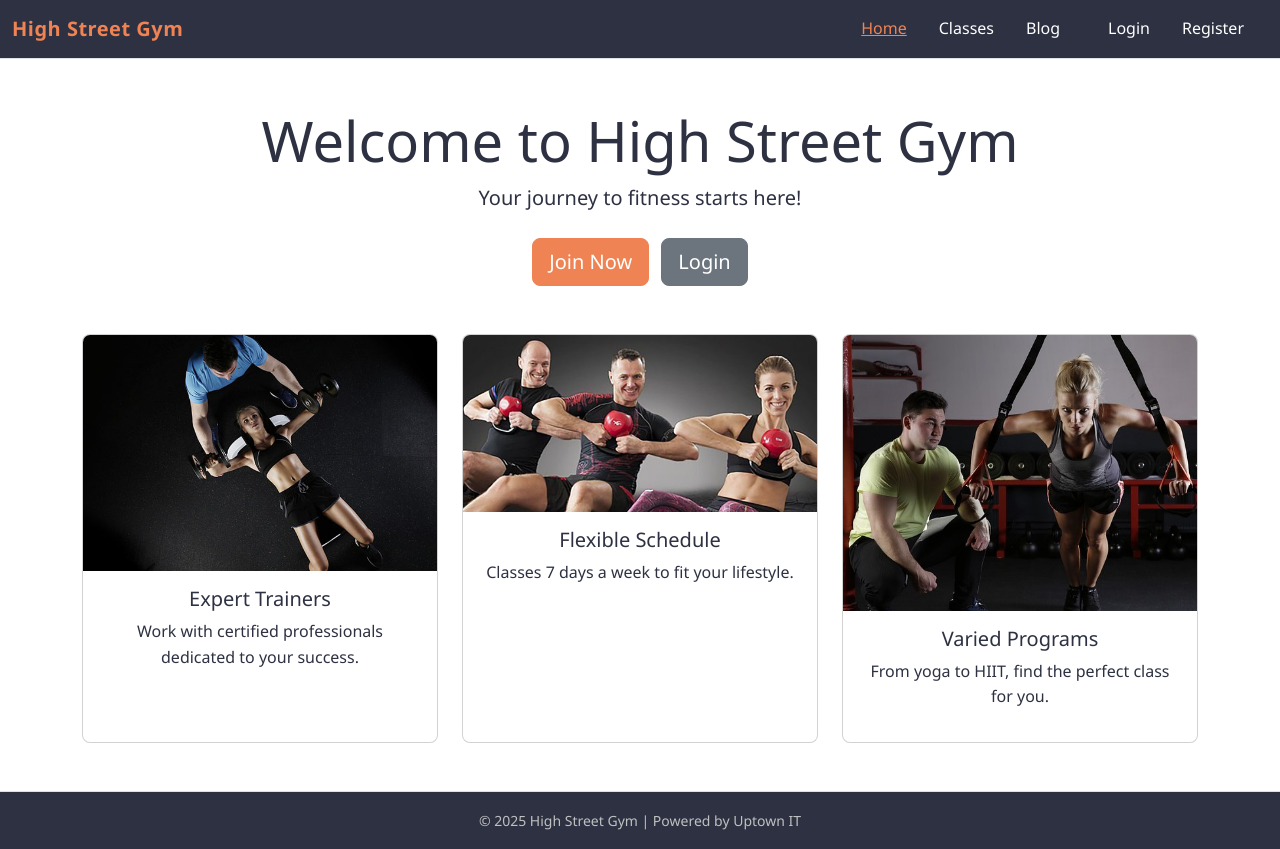
Repository: HBDSolutions/highstreetgym
Page: http://localhost/highstreetgym/controllers/content/home_controller.php
The author's editor kept a copy of each file at every save. The page is drawn from the files as they stood at one save, then again after the next save.
The browser window is 1280 px wide. The pictures show the whole page.
The page is run by PHP 8.4 with error messages shown; the project is at /var/www/html/. Other server files are loaded and not shown.

Above is the page before, as saved 2025-11-12 16:23:05.

### controllers/content/home_controller.php
<?php
// HOME CONTROLLER
// PURPOSE: Loads Home page and selects layout based on user role

// START SESSION
if (session_status() === PHP_SESSION_NONE) {
    session_start();
}

// READ AUTH STATE FROM SESSION (no DB calls here)
$isLoggedIn = !empty($_SESSION['user_id']);
$userType   = $isLoggedIn ? ($_SESSION['user_type'] ?? 'member') : 'guest';
$userName   = $isLoggedIn ? trim(($_SESSION['first_name'] ?? '').' '.($_SESSION['last_name'] ?? '')) : '';

// VIEW VARIABLES REQUIRED BY LAYOUT
$pageTitle   = 'Home';
$contentView = __DIR__ . '/../../views/content/home.php';

// VIEW DATA FOR home.php
$welcomeMessage   = $isLoggedIn && $userName !== '' ? "Welcome back, {$userName}" : 'Welcome to High Street Gym';
$showGuestButtons = !$isLoggedIn;
$showMemberButtons= $isLoggedIn && $userType === 'member';

// SELECT LAYOUT CONTROLLER (thin; they include base_layout.php themselves)
if ($userType === 'admin') {
    require __DIR__ . '/../layouts/admin_layout.php';
} elseif ($isLoggedIn) {
    require __DIR__ . '/../layouts/member_layout.php';
} else {
    require __DIR__ . '/../layouts/public_layout.php';
}

### controllers/layouts/public_layout.php
<?php
// PUBLIC LAYOUT CONTROLLER

// INCLUDE BASE LAYOUT
require_once __DIR__ . '/base_layout.php';

// MAP CONTROLLER VARS TO LAYOUT VIEW VARS
$title = isset($pageTitle) ? ($pageTitle . ' - High Street Gym') : 'High Street Gym';
if (!isset($contentView)) {
    $contentView = __DIR__ . '/../../views/content/home.php';
}

// VALIDATE INPUTS FOR BASE VIEW
validate_layout_requirements($title, $contentView);

// RENDER LAYOUT VIEW
require __DIR__ . '/../../views/layouts/public.php';

### controllers/layouts/base_layout.php
<?php
// BASE LAYOUT BOOTSTRAP

function init_base_layout(): array {
    if (session_status() === PHP_SESSION_NONE) {
        session_start();
    }

    // INCLUDE MODELS FOR LAYOUT STATE
    require_once __DIR__ . '/../../models/session.php';
    require_once __DIR__ . '/../../models/navigation.php';

    // CURRENT USER SNAPSHOT
    $currentUser = get_current_user_display();

    // ROLE FLAGS
    $isLoggedIn = (bool)($currentUser['is_logged_in'] ?? false);
    $isAdmin    = (($currentUser['user_type'] ?? 'guest') === 'admin');

    // NAV FLAGS
    $showMemberMenu = $isLoggedIn && !$isAdmin;
    $showAdminMenu  = $isAdmin;

    // BODY CLASS
    $bodyClass = $isAdmin ? 'admin-layout' : ($isLoggedIn ? 'member-layout' : 'public-layout');

    // CURRENT PATH
    $currentPath = parse_url($_SERVER['REQUEST_URI'] ?? '/', PHP_URL_PATH) ?? '/';

    return compact('currentUser','isLoggedIn','isAdmin','showMemberMenu','showAdminMenu','bodyClass','currentPath');
}

// VALIDATE REQUIRED VIEW VARIABLES
function validate_layout_requirements($pageTitle, $contentView): void {
    if (empty($pageTitle)) {
        die('Error: Content controller must define $pageTitle');
    }
    if (empty($contentView) || !file_exists($contentView)) {
        die('Error: Content controller must define valid $contentView');
    }
}

### views/layouts/public.php
<?php
// PUBLIC LAYOUT VIEW

$layoutClass = 'public-layout';
include __DIR__ . '/base.php';

### views/layouts/base.php
<?php
// BASE LAYOUT VIEW
require_once __DIR__ . '/../../models/session.php';
require_once __DIR__ . '/../../models/navigation.php';

// PAGE VARS (TITLE + CONTENT)
$title       = $title       ?? ($pageTitle ?? 'High Street Gym');
$contentView = $contentView ?? '';

// NAV VARS FOR PARTIAL
$navVars = get_navigation_data();
?>

<!DOCTYPE html>

<html lang="en">

<head>
  <meta charset="utf-8">
  <meta name="viewport" content="width=device-width, initial-scale=1">
  <title><?= htmlspecialchars($title) ?></title>
  <link href="https://cdn.jsdelivr.net/npm/bootstrap@5.3.0/dist/css/bootstrap.min.css" rel="stylesheet">
  <link rel="stylesheet" href="/highstreetgym/assets/css/style.css">
</head>

<body class="d-flex flex-column min-vh-100">
  <header>
    <?php include __DIR__ . '/../partials/nav.php'; ?>
  </header>

  <main class="flex-grow-1">
    <?php
      // CONTENT VIEW INCLUDE
      if ($contentView && file_exists($contentView)) {
        require $contentView;
      } else {
        echo '<div class="container my-5 text-danger">CONTENT MISSING</div>';
      }
    ?>
  </main>

  <?php include __DIR__ . '/../partials/footer.php'; ?>

  <script src="https://cdn.jsdelivr.net/npm/bootstrap@5.3.0/dist/js/bootstrap.bundle.min.js"></script>
</body>
</html>

### models/session.php
<?php

// SESSION MANAGEMENT FUNCTIONS

// CHECK IF USER IS LOGGED IN

function is_user_logged_in() {
    return isset($_SESSION['logged_in']) && $_SESSION['logged_in'] === true;
}

// GET USER DATA

function get_current_user_display() {
    if (!is_user_logged_in()) {
        return [
            'is_logged_in' => false,
            'user_name' => 'Guest',
            'user_type' => null,
            'user_email' => null,
            'user_id' => null
        ];
    }

    // DERIVE FULL NAME
    $firstName = $_SESSION['first_name'] ?? '';
    $lastName = $_SESSION['last_name'] ?? '';
    $fullName = trim($firstName . ' ' . $lastName);

    // FALLBACK TO USER IF NO NAME
    if (empty($fullName)) {
        $fullName = 'User';
    }

    return [
        'is_logged_in' => true,
        'user_name' => $fullName,
        'user_type' => $_SESSION['user_type'] ?? 'member',
        'user_email' => $_SESSION['user_email'] ?? '',
        'user_id' => $_SESSION['user_id'] ?? null
    ];
}

// CHECK USER PERMISSION

function user_has_permission($requiredType) {
    if (!is_user_logged_in()) {
        return false;
    }

    $userType = $_SESSION['user_type'] ?? 'member';

    // ADMINS HAVE ALL PERMISSIONS
    if ($userType === 'admin') {
        return true;
    }

    // CHECK SPECIFIC PERMISSION
    return $userType === $requiredType;
}

// REQUIRE LOGIN

function require_login($redirectAfterLogin = '') {
    if (!is_user_logged_in()) {
        $redirect = $redirectAfterLogin ?: $_SERVER['REQUEST_URI'];
        header('Location: controllers/auth/login_controller.php?msg=login_required&redirect=' . urlencode($redirect));
        exit;
    }
}

// REQUIRE SPECIFIC USER TYPE

function require_permission($requiredType) {
    require_login();

    if (!user_has_permission($requiredType)) {
        $_SESSION['error_message'] = 'You do not have permission to access this page.';
        header('Location: /highstreetgym/index.php');
        exit;
    }
}
?>

### models/navigation.php
<?php
// NAVIGATION MODEL
// PURPOSE: PROVIDES NAV STATE + ACTIVE-LINK HELPERS FOR VIEWS

// GET NAVIGATION DATA FOR VIEWS
function get_navigation_data(): array {
    if (session_status() === PHP_SESSION_NONE) {
        session_start();
    }

    // READ SESSION
    $isLoggedIn = !empty($_SESSION['logged_in']);
    $userType   = $isLoggedIn ? ($_SESSION['user_type'] ?? 'member') : 'guest';
    $userName   = $isLoggedIn
        ? trim(($_SESSION['first_name'] ?? '').' '.($_SESSION['last_name'] ?? ''))
        : 'Account';

    // FLAGS
    $isAdmin        = ($userType === 'admin');
    $showMemberMenu = $isLoggedIn;
    $showAdminMenu  = $isAdmin;

    // PATH FOR ACTIVE LINK
    $currentPath = parse_url($_SERVER['REQUEST_URI'] ?? '/', PHP_URL_PATH) ?: '/';

    // RETURN STRUCT
    return [
        'currentUser'    => ['user_name' => $userName, 'user_type' => $userType],
        'isLoggedIn'     => $isLoggedIn,
        'isAdmin'        => $isAdmin,
        'showMemberMenu' => $showMemberMenu,
        'showAdminMenu'  => $showAdminMenu,
        'currentPath'    => $currentPath,
    ];
}

// ACTIVE-LINK CHECK USING EXPLICIT PATH
function is_navigation_active(string $needle, string $currentPath): string {
    return str_ends_with($currentPath, $needle) ? 'active' : '';
}

// CANONICAL HELPER CALLED BY VIEWS/PARTIALS
if (!function_exists('nav_active')) {
    function nav_active(string $needle, ?string $currentPath = null): string {
        $path = $currentPath ?? (parse_url($_SERVER['REQUEST_URI'] ?? '/', PHP_URL_PATH) ?: '/');
        return (str_ends_with($path, $needle)) ? 'active' : '';
    }
}

### views/partials/nav.php
<?php
// NAV PARTIAL: USES VARS FROM LAYOUT SHELL ONLY

// INPUTS
$currentUser    = $navVars['currentUser']    ?? [];
$isLoggedIn     = (bool)($navVars['isLoggedIn']     ?? false);
$isAdmin        = (bool)($navVars['isAdmin']        ?? false);
$showMemberMenu = (bool)($navVars['showMemberMenu'] ?? false);
$showAdminMenu  = (bool)($navVars['showAdminMenu']  ?? false);
$currentPath    = $navVars['currentPath']    ?? '/';
$userName       = $currentUser['user_name']  ?? 'Account';

// ACTIVE-LINK HELPER
if (!function_exists('a')) {
    function a($needle){ return nav_active($needle); }
}
?>

<nav class="navbar navbar-expand-lg navbar-dark bg-dark border-bottom">
  <div class="container-fluid">
    <!-- BRAND (LEFT) -->
    <a class="navbar-brand" href="/highstreetgym/controllers/content/home_controller.php">High Street Gym</a>

    <button class="navbar-toggler" type="button" data-bs-toggle="collapse" data-bs-target="#mainNav"
            aria-controls="mainNav" aria-expanded="false" aria-label="Toggle navigation">
      <span class="navbar-toggler-icon"></span>
    </button>

    <div class="collapse navbar-collapse" id="mainNav">
      <div class="ms-auto d-flex align-items-center">
        <!-- MAIN LINKS -->
        <ul class="navbar-nav me-3 mb-2 mb-lg-0">
          <li class="nav-item">
            <a class="nav-link <?= a('home_controller.php') ?>"
               href="/highstreetgym/controllers/content/home_controller.php">Home</a>
          </li>
          <li class="nav-item">
            <a class="nav-link <?= a('classes_controller.php') ?>"
               href="/highstreetgym/controllers/content/classes_controller.php">Classes</a>
          </li>
          <li class="nav-item">
            <a class="nav-link <?= a('blog_controller.php') ?>"
               href="/highstreetgym/controllers/content/blog_controller.php">Blog</a>
          </li>

          <?php if ($showAdminMenu): ?>
          <li class="nav-item">
            <a class="nav-link <?= a('admin_controller.php') ?>"
               href="/highstreetgym/controllers/content/admin_controller.php">Admin</a>
          </li>
          <?php endif; ?>
        </ul>

        <!-- AUTH -->
        <ul class="navbar-nav">
          <?php if (!$showMemberMenu): ?>
            <li class="nav-item">
              <a class="nav-link <?= a('login_controller.php') ?>"
                 href="/highstreetgym/controllers/auth/login_controller.php">Login</a>
            </li>
            <li class="nav-item">
              <a class="nav-link <?= a('register_controller.php') ?>"
                 href="/highstreetgym/controllers/auth/register_controller.php">Register</a>
            </li>
          <?php else: ?>
            <li class="nav-item dropdown">
              <a class="nav-link dropdown-toggle" href="#" role="button" data-bs-toggle="dropdown" aria-expanded="false">
                <?= htmlspecialchars($userName) ?>
              </a>
              <ul class="dropdown-menu dropdown-menu-end">
                <li><a class="dropdown-item" href="/highstreetgym/controllers/content/bookings_controller.php">My Bookings</a></li>
                <?php if ($showAdminMenu): ?>
                  <li><a class="dropdown-item" href="/highstreetgym/controllers/content/admin_controller.php">Admin Home</a></li>
                <?php endif; ?>
                <li><hr class="dropdown-divider"></li>
                <li><a class="dropdown-item" href="/highstreetgym/controllers/auth/logout_controller.php">Logout</a></li>
              </ul>
            </li>
          <?php endif; ?>
        </ul>
      </div>
    </div>
  </div>
</nav>

### views/content/home.php
<!-- Home Content View -->
<section class="container my-5">

    <header class="text-center mb-5">
        <h1 class="display-4"><?= $welcomeMessage ?></h1>
        <p class="lead">Your journey to fitness starts here!</p>

        <?php if ($showGuestButtons): ?>
            <div class="mt-4">
                <a href="/highstreetgym/controllers/auth/register_controller.php" class="btn btn-primary btn-lg me-2">
                    Join Now
                </a>
                <a href="/highstreetgym/controllers/auth/login_controller.php" class="btn btn-secondary btn-lg">
                    Login
                </a>
            </div>
        <?php endif; ?>

        <?php if ($showMemberButtons): ?>
            <div class="mt-4">
                <a href="/highstreetgym/controllers/content/classes_controller.php" class="btn btn-primary btn-lg me-2">
                    Browse Classes
                </a>
                <a href="/highstreetgym/controllers/content/bookings_controller.php" class="btn btn-primary btn-lg">
                    My Bookings
                </a>
            </div>
        <?php endif; ?>
    </header>

    <section class="row g-4 mb-5">
        <article class="col-md-4">
            <div class="card h-100 text-center">
                <img src="/highstreetgym/assets/img/trainers.jpg" class="card-img-top" alt="Expert Trainers">
                <div class="card-body">
                    <h2 class="h5">Expert Trainers</h2>
                    <p>Work with certified professionals dedicated to your success.</p>
                </div>
            </div>
        </article>

        <article class="col-md-4">
            <div class="card h-100 text-center">
                <img src="/highstreetgym/assets/img/schedule.jpg" class="card-img-top" alt="Flexible Schedule">
                <div class="card-body">
                    <h2 class="h5">Flexible Schedule</h2>
                    <p>Classes 7 days a week to fit your lifestyle.</p>
                </div>
            </div>
        </article>

        <article class="col-md-4">
            <div class="card h-100 text-center">
                <img src="/highstreetgym/assets/img/programs.jpg" class="card-img-top" alt="Varied Programs">
                <div class="card-body">
                    <h2 class="h5">Varied Programs</h2>
                    <p>From yoga to HIIT, find the perfect class for you.</p>
                </div>
            </div>
        </article>
    </section>

</section>

### views/partials/footer.php
<?php
// FOOTER PARTIAL
?>
<footer class="mt-auto text-center text-muted py-3 border-top">
  <small>&copy; <?= date('Y') ?> High Street Gym | Powered by Uptown IT</small>
</footer>

### assets/css/style.css
/* === High Street Gym Custom Theme === */
:root {
  /* Base brand palette */
  --hsg-primary:   #EF8354;
  --hsg-secondary: #4F5D75;
  --hsg-muted:     #BFC0C0;
  --hsg-dark:      #2D3142;
  --hsg-light:     #FFFFFF;

  /* Bootstrap variable overrides */
  --bs-body-bg: var(--hsg-light);
  --bs-body-color: var(--hsg-dark);
  --bs-primary: var(--hsg-primary);
  --bs-secondary: var(--hsg-secondary);
  --bs-success: #2ECC71;
  --bs-danger:  #E74C3C;
  --bs-warning: #F1C40F;
  --bs-info:    #3498DB;
  --bs-border-radius: .5rem;
  --bs-font-sans-serif: "Segoe UI", Roboto, "Helvetica Neue", Arial, sans-serif;
}

/* === Global layout === */
body {
  background-color: var(--bs-body-bg);
  color: var(--bs-body-color);
  line-height: 1.6;
}

h1, h2, h3, h4 {
  font-weight: 600;
  color: var(--hsg-dark);
}

/* === Navbar === */
.navbar {
  background-color: var(--hsg-dark) !important;
}
.navbar .navbar-brand {
  color: var(--hsg-primary) !important;
  font-weight: 700;
  letter-spacing: .5px;
}
.navbar .nav-link {
  color: var(--hsg-light) !important;
  margin-right: 1rem;
  transition: color .2s ease-in-out;
}
.navbar .nav-link:hover,
.navbar .nav-link.active {
  color: var(--hsg-primary) !important;
  text-decoration: underline;
}

/* === Main container card === */
main.container {
  background: var(--hsg-light);
  padding: 2rem;
  border-radius: var(--bs-border-radius);
  box-shadow: 0 4px 12px rgba(0,0,0,0.08);
}

/* === Buttons === */
.btn-primary {
  background-color: var(--hsg-primary);
  border-color: var(--hsg-primary);
}
.btn-primary:hover {
  background-color: var(--hsg-secondary);
  border-color: var(--hsg-secondary);
}

/* TILE STYLES */
.tile {
  display: inline-block;
  width: 260px;
  height: 220px;
  margin: 1rem;
  background: var(--hsg-muted);
  color: var(--hsg-dark);
  border-radius: 0.5rem;
  text-align: center;
  vertical-align: top;
  transition: transform 0.2s ease;
}

.tile a {
  display: block;
  height: 100%;
  width: 100%;
  line-height: 220px;
  font-weight: 600;
  text-decoration: none;
  color: inherit;
}

.tile:hover,
.tile a:focus-visible {
  transform: translateY(-3px);
  outline: none;
}

/* ACCESSIBLE SKIP LINK */
.skip-link { position: absolute; left: -9999px; top: auto; width: 1px; height: 1px; overflow: hidden; }
.skip-link:focus { position: static; width: auto; height: auto; margin: 0.5rem; }

/* SIMPLE LAYOUT FOR THE TILE SECTION (uses your tokens only) */
section[aria-label="Admin Imports"] {
  display: flex;
  flex-wrap: wrap;
  gap: 1rem;
  align-items: stretch;
  margin: 1rem 0 2rem;
}

/* SMALL-SCREEN TWEAK (optional) */
@media (max-width: 576px) {
  .tile { width: 100%; height: 180px; line-height: normal; }
  .tile a { line-height: 180px; }
}

/* === Tables === */
.table {
  color: var(--hsg-dark);
  border-color: var(--hsg-muted);
}
.table thead {
  background-color: var(--hsg-secondary);
  color: var(--hsg-light);
}
.table-striped tbody tr:nth-of-type(odd) {
  background-color: #f8f9fa;
}

/* === Footer === */
footer {
  background-color: var(--hsg-dark);
  color: var(--hsg-light);
  text-align: center;
  padding: 1rem 0;
}
footer small {
  color: var(--hsg-muted);
}

/* === Utility tweaks === */
a { color: var(--hsg-primary); }
a:hover { color: var(--hsg-secondary); }

.list-group-item {
  border: none;
  border-bottom: 1px solid var(--hsg-muted);
}

After the next save:
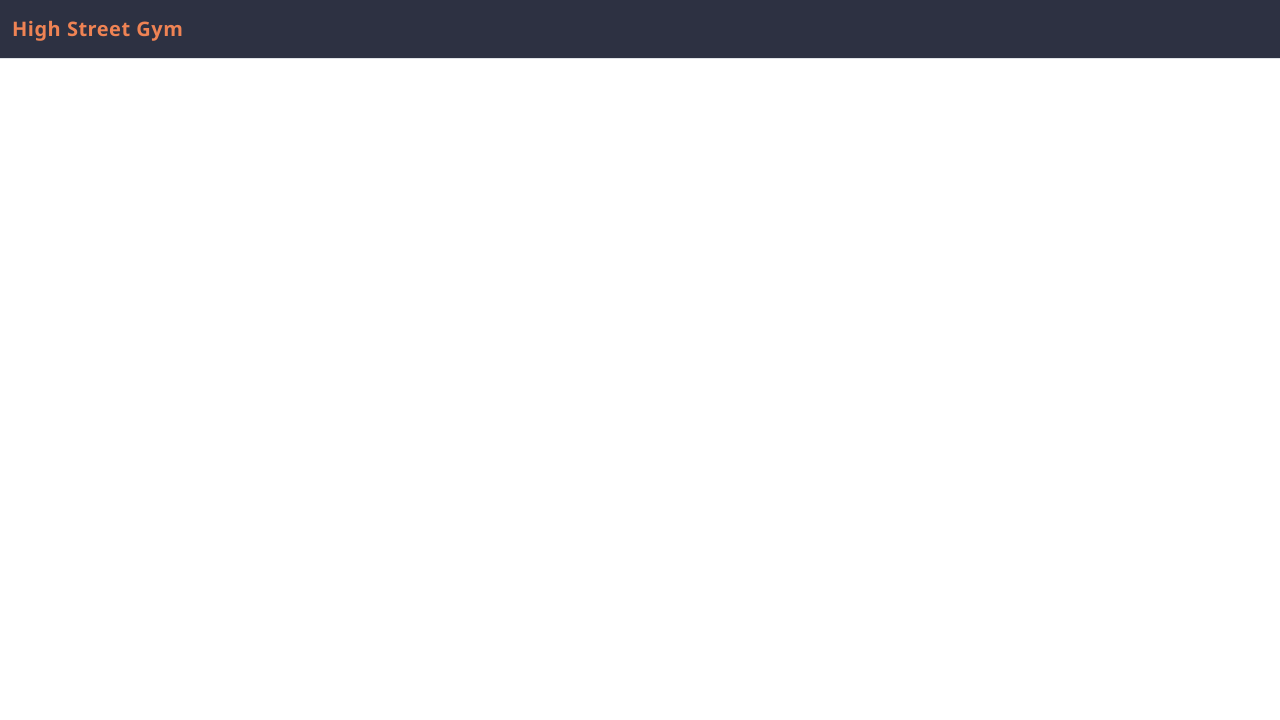
Saved 73 s later.
--- a/models/navigation.php
+++ b/models/navigation.php
@@ -33,16 +33,3 @@ function get_navigation_data(): array {
         'currentPath'    => $currentPath,
     ];
 }
-
-// ACTIVE-LINK CHECK USING EXPLICIT PATH
-function is_navigation_active(string $needle, string $currentPath): string {
-    return str_ends_with($currentPath, $needle) ? 'active' : '';
-}
-
-// CANONICAL HELPER CALLED BY VIEWS/PARTIALS
-if (!function_exists('nav_active')) {
-    function nav_active(string $needle, ?string $currentPath = null): string {
-        $path = $currentPath ?? (parse_url($_SERVER['REQUEST_URI'] ?? '/', PHP_URL_PATH) ?: '/');
-        return (str_ends_with($path, $needle)) ? 'active' : '';
-    }
-}

After the save that followed:
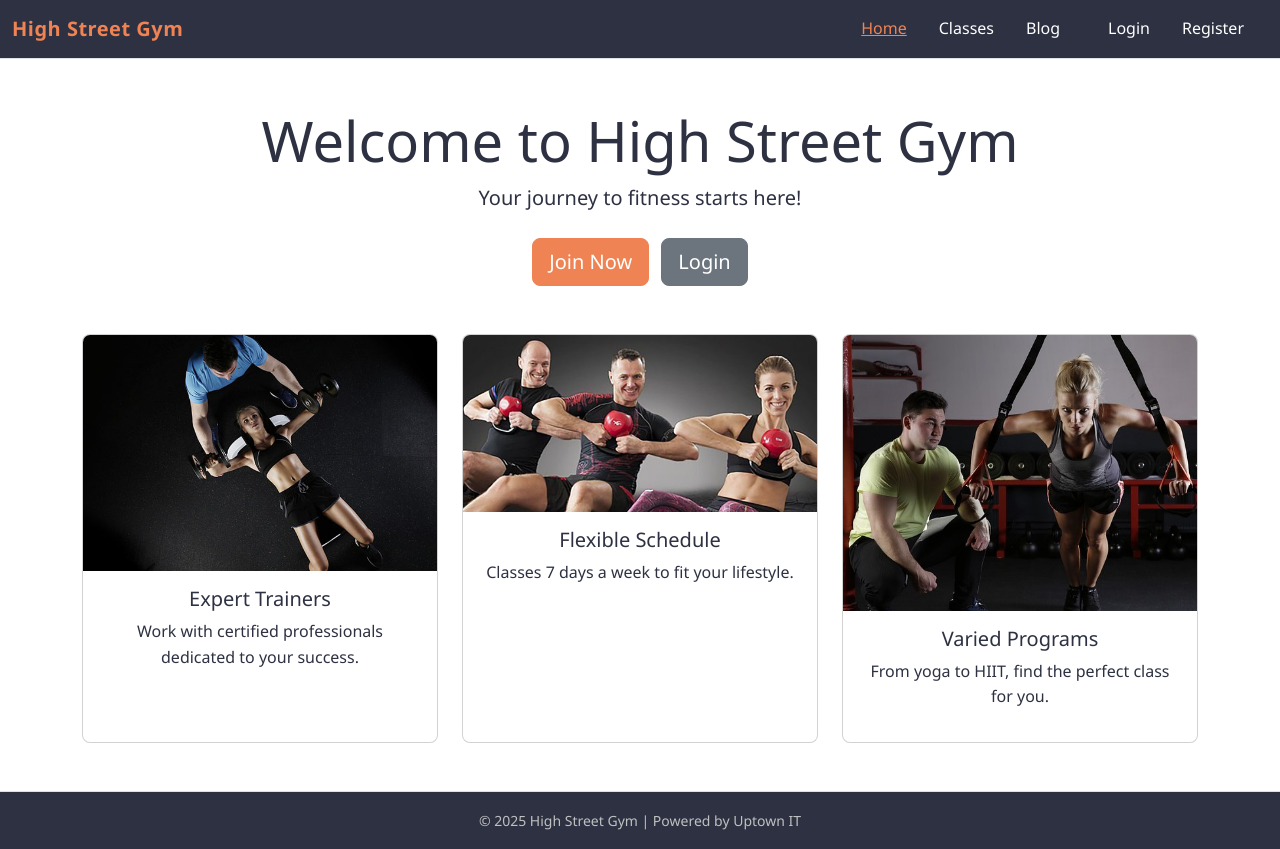
Saved 10 s later.
--- a/models/navigation.php
+++ b/models/navigation.php
@@ -33,3 +33,16 @@ function get_navigation_data(): array {
         'currentPath'    => $currentPath,
     ];
 }
+
+// ACTIVE-LINK CHECK USING EXPLICIT PATH
+function is_navigation_active(string $needle, string $currentPath): string {
+    return str_ends_with($currentPath, $needle) ? 'active' : '';
+}
+
+// CANONICAL HELPER CALLED BY VIEWS/PARTIALS
+if (!function_exists('nav_active')) {
+    function nav_active(string $needle, ?string $currentPath = null): string {
+        $path = $currentPath ?? (parse_url($_SERVER['REQUEST_URI'] ?? '/', PHP_URL_PATH) ?: '/');
+        return (str_ends_with($path, $needle)) ? 'active' : '';
+    }
+}
